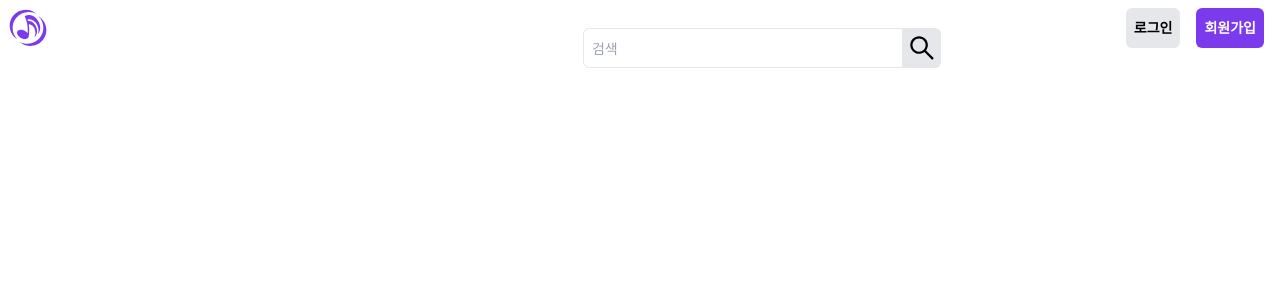
Repository: momo0170/streaming
Page: /
An editor plug-in stored every save of this project. The page is shown before and after the next save, followed by the edit.
The browser window is 1280 px wide. The pictures show the whole page.
The project was rebuilt for these pictures with package versions that can differ from the ones it lists, and the page was loaded fresh each time. Also part of the build but not shown: src/App.css.

Above is the page before, as saved 2023-09-18 15:49:36.

After the next save:
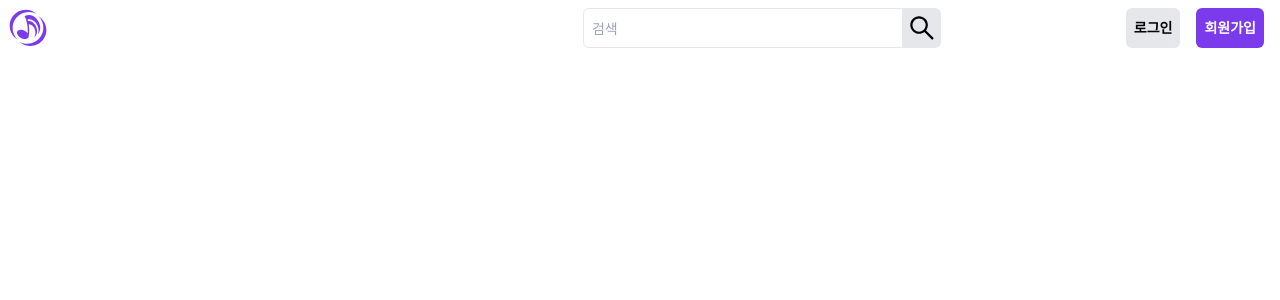
Saved 9 s later.
--- a/src/components/Header.jsx
+++ b/src/components/Header.jsx
@@ -9,7 +9,7 @@ export default function Header() {
       <Link to="/">
         <GiMusicSpell size="40" color="#7c3aed" />
       </Link>
-      <form className="flex transform translate-x-1/2 translate-y-1/2">
+      <form className="flex transform translate-x-1/2">
         <input
           type="text"
           placeholder="검색"
